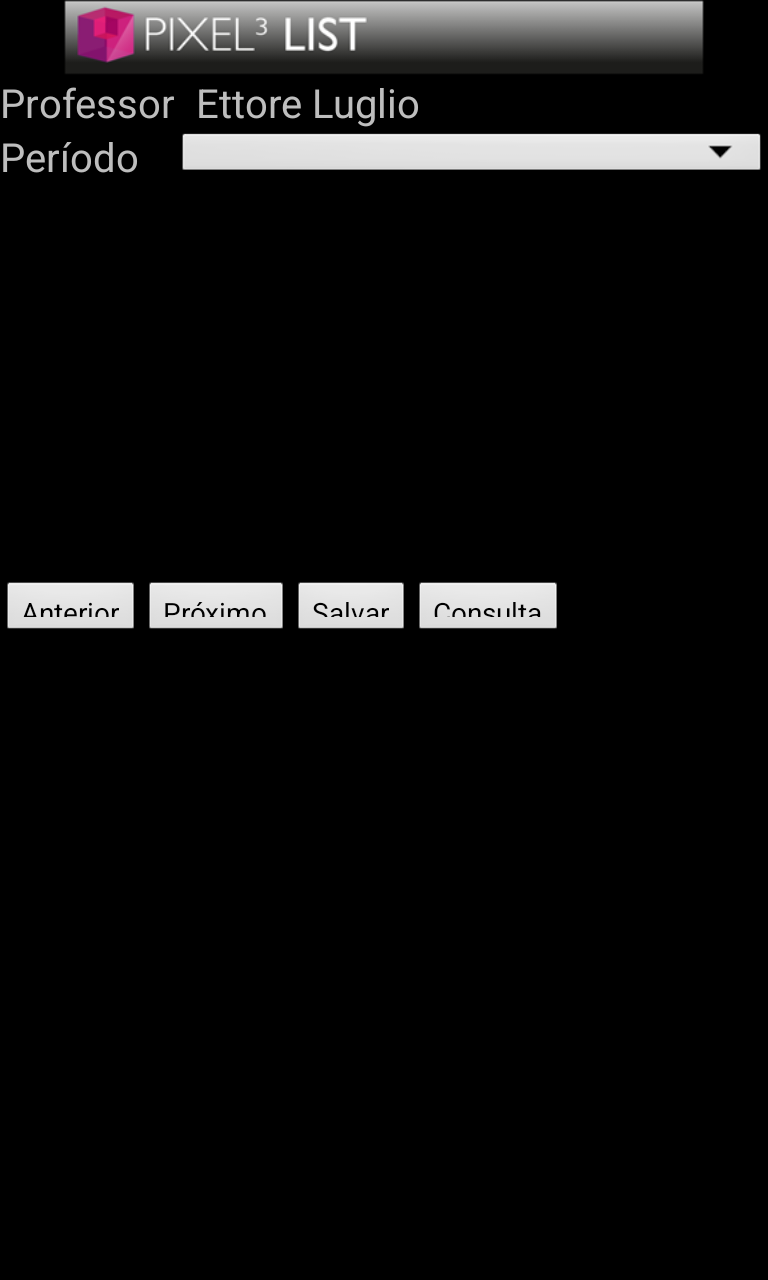
Repository: pixel3mobi/listaDigital
Layout: Pixel3List/res/layout/chamada.xml
These files come from the project's save history. The layout is drawn as it stood at one moment and after the next save; the edit follows.
It is drawn on a 768 x 1280 px phone screen (xhdpi) without system bars, with theme android:Theme; the app's code is not run. Lists and similar views that code fills are empty.

Above is the layout before, as saved 2011-03-22 00:14:06.

### Pixel3List/res/layout/chamada.xml
<?xml version="1.0" encoding="utf-8"?>
<RelativeLayout
	android:id="@+id/widget50"
	android:layout_width="fill_parent"
	android:layout_height="fill_parent"
	xmlns:android="http://schemas.android.com/apk/res/android">
	<ImageView
		android:id="@+id/cabecalho"
		android:src="@drawable/cabecalho"
		android:layout_width="fill_parent"
		android:layout_height="wrap_content"
		android:layout_alignParentTop="true"
		android:layout_alignParentLeft="true">
	</ImageView>
	<RelativeLayout
		android:layout_height="wrap_content"
		android:id="@+id/relativeLayout2"
		android:layout_width="wrap_content"
		android:layout_below="@+id/cabecalho"
		android:layout_alignLeft="@+id/cabecalho"
		android:layout_alignRight="@+id/cabecalho">
		<TextView
			android:id="@+id/txtProfessor"
			android:layout_height="wrap_content"
			android:text="Professor"
			android:textSize="20dip"
			android:layout_width="wrap_content"
			android:layout_alignParentTop="true">
		</TextView>
		<TextView
			android:layout_height="wrap_content"
			android:layout_toRightOf="@+id/txtProfessor"
			android:paddingLeft="10dip"
			android:textSize="20dip"
			android:text="Ettore Luglio"
			android:id="@+id/txtPeriodo"
			android:layout_width="wrap_content"
			android:layout_alignTop="@+id/txtProfessor"
			android:layout_alignBottom="@+id/txtProfessor">
		</TextView>
		<TextView
			android:layout_height="wrap_content"
			android:layout_below="@+id/txtProfessor"
			android:text="Período"
			android:textSize="20dip"
			android:id="@+id/nomeProfessor"
			android:layout_width="wrap_content"
			android:layout_alignLeft="@+id/txtProfessor"
			android:layout_alignRight="@+id/txtProfessor">
		</TextView>
		<Spinner
			android:layout_height="35dip"
			android:layout_toRightOf="@+id/nomeProfessor"
			android:paddingLeft="10dip"
			android:layout_width="fill_parent"
			android:id="@+id/periodos"
			android:layout_alignTop="@+id/nomeProfessor"
			android:layout_alignBottom="@+id/nomeProfessor">
		</Spinner>
	</RelativeLayout>
	<RelativeLayout
		android:layout_height="wrap_content"
		android:id="@+id/relativeLayout1"
		android:layout_width="wrap_content"
		android:layout_above="@+id/alunos"
		android:layout_alignLeft="@+id/alunos">
	    <Button
	    	android:id="@+id/button1"
	    	android:layout_height="30dip"
	    	android:text="Anterior"
	    	android:layout_alignParentLeft="true"
	    	android:layout_width="wrap_content">
	    </Button>
	    <Button
	    	android:id="@+id/button2"
	    	android:layout_height="wrap_content"
	    	android:layout_toRightOf="@+id/button1"
	    	android:text="Próximo"
	    	android:layout_width="wrap_content"
	    	android:layout_alignTop="@+id/button1"
	    	android:layout_alignBottom="@+id/button1">
	    </Button>
	    <Button
	    	android:id="@+id/button3"
	    	android:layout_height="wrap_content"
	    	android:layout_toRightOf="@+id/button2"
	    	android:text="Salvar"
	    	android:layout_width="wrap_content"
	    	android:layout_alignTop="@+id/button2"
	    	android:layout_alignBottom="@+id/button2">
	    </Button>
	    <Button
	    	android:id="@+id/button4"
	    	android:layout_height="wrap_content"
	    	android:layout_toRightOf="@+id/button3"
	    	android:text="Consulta"
	    	android:layout_width="wrap_content"
	    	android:layout_alignTop="@+id/button3"
	    	android:layout_alignBottom="@+id/button3">
	    </Button>
	</RelativeLayout>
	<ListView
		android:id="@+id/alunos"
		android:layout_width="fill_parent"
		android:layout_height="320dip"
		android:layout_alignParentBottom="true"
		android:layout_alignParentRight="true">
	</ListView>
</RelativeLayout>

After the next save:
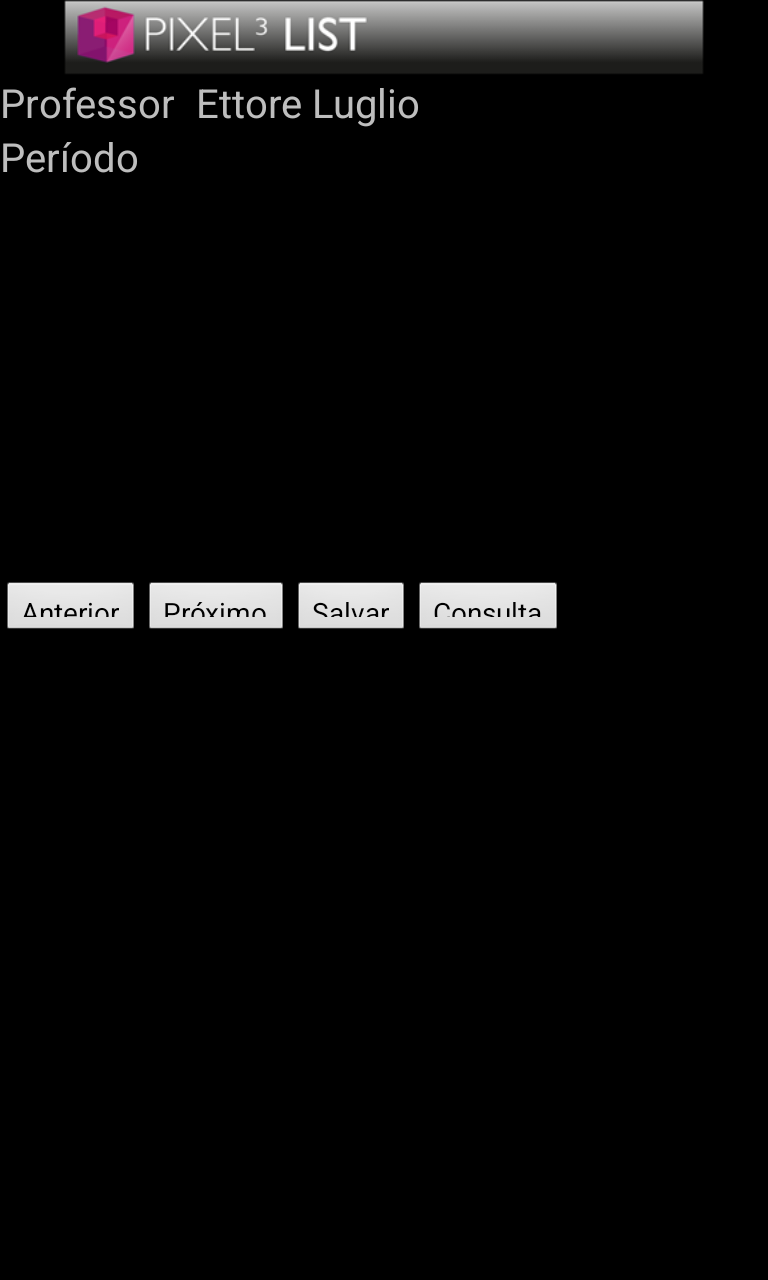
Saved 30 s later.
--- a/Pixel3List/res/layout/chamada.xml
+++ b/Pixel3List/res/layout/chamada.xml
@@ -55,7 +55,7 @@
 			android:layout_width="fill_parent"
 			android:id="@+id/periodos"
 			android:layout_alignTop="@+id/nomeProfessor"
-			android:layout_alignBottom="@+id/nomeProfessor">
+			android:layout_alignBottom="@+id/txtProfessor">
 		</Spinner>
 	</RelativeLayout>
 	<RelativeLayout

After the save that followed:
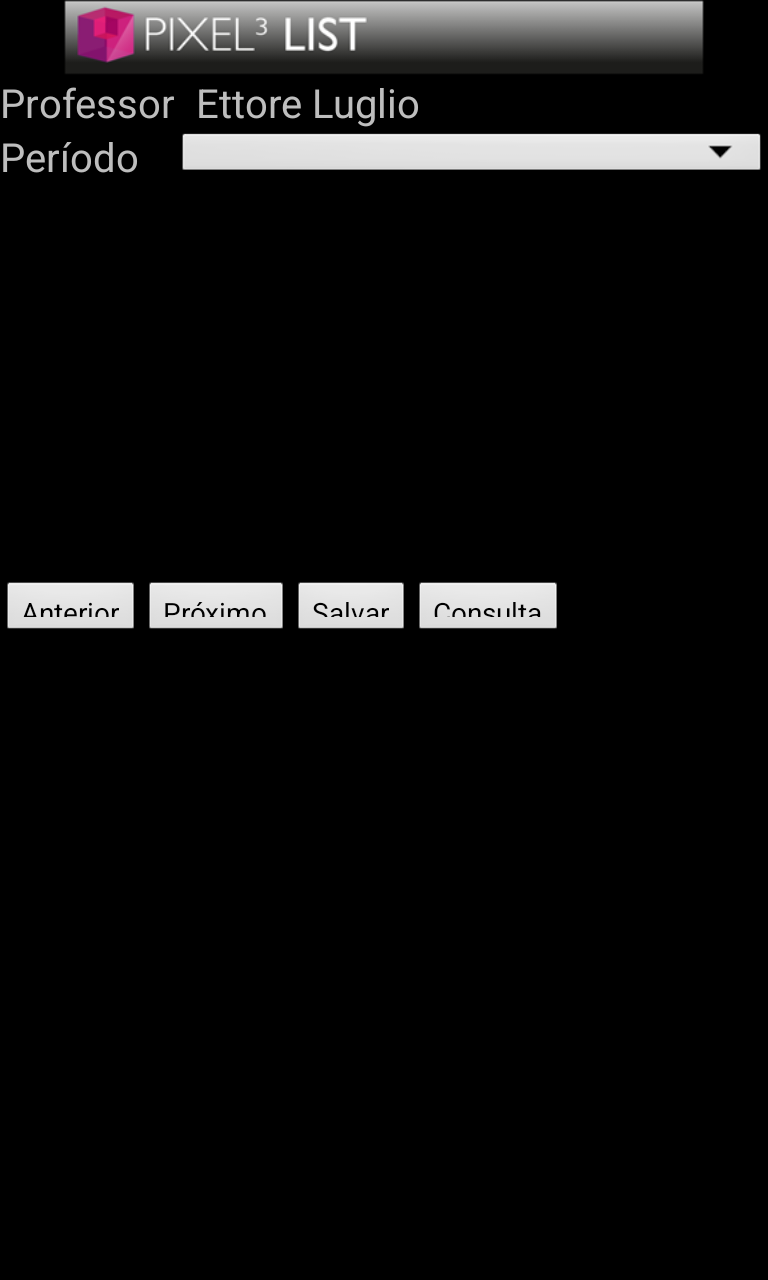
Saved 31 s later.
--- a/Pixel3List/res/layout/chamada.xml
+++ b/Pixel3List/res/layout/chamada.xml
@@ -55,7 +55,7 @@
 			android:layout_width="fill_parent"
 			android:id="@+id/periodos"
 			android:layout_alignTop="@+id/nomeProfessor"
-			android:layout_alignBottom="@+id/txtProfessor">
+			android:layout_alignBottom="@+id/nomeProfessor">
 		</Spinner>
 	</RelativeLayout>
 	<RelativeLayout
